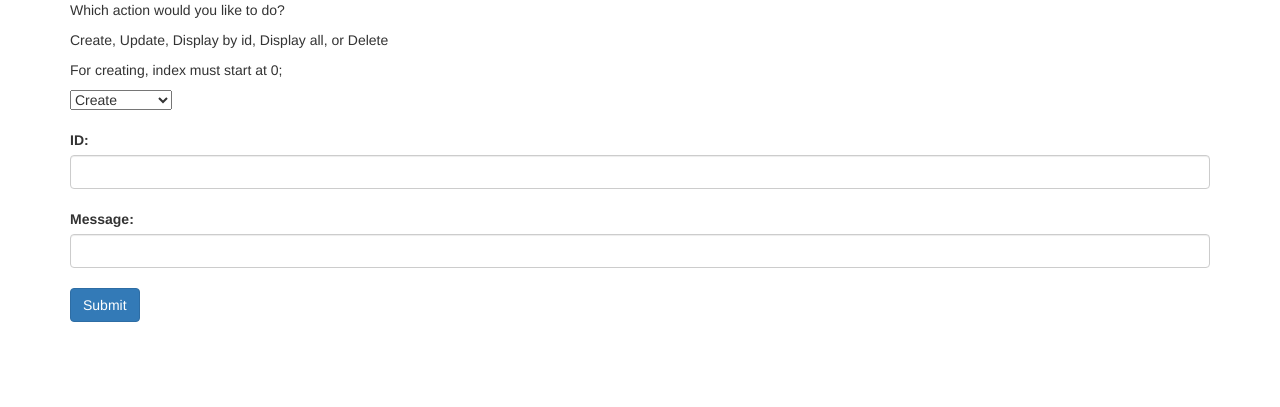
Repository: kddean/Lab3
Page: ToDoSystem-SinglePage/WebContent/ToDo.html
An editor plug-in stored every save of this project. The page is shown before and after the next save, followed by the edit.
The browser window is 1280 px wide. The pictures show the whole page.

Above is the page before, as saved 2016-03-25 23:48:55.
Console error: SyntaxError: Unexpected token 'var'

After the next save:
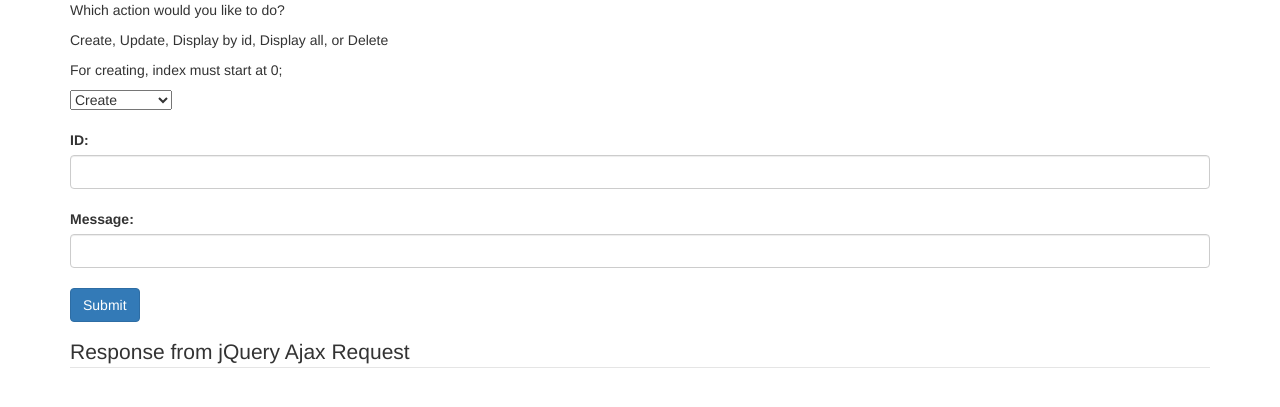
Saved 16 min 45 s later.
--- a/ToDoSystem-SinglePage/WebContent/ToDo.html
+++ b/ToDoSystem-SinglePage/WebContent/ToDo.html
@@ -31,6 +31,13 @@
 	<button type="button" value="Submit" onclick='loadDoc("ToDo")' class="btn btn-primary">Submit</button>
 <!-- 	<input type="button" value="submit" onclick='loadDoc()'> -->
 	</div>
+	<div id="sec">
+        <fieldset>
+            <legend>Response from jQuery Ajax Request</legend>
+                 <div id="ajaxResponse"></div>
+        </fieldset>
+    </div>
+
 </form>
 </div>
 <script>
